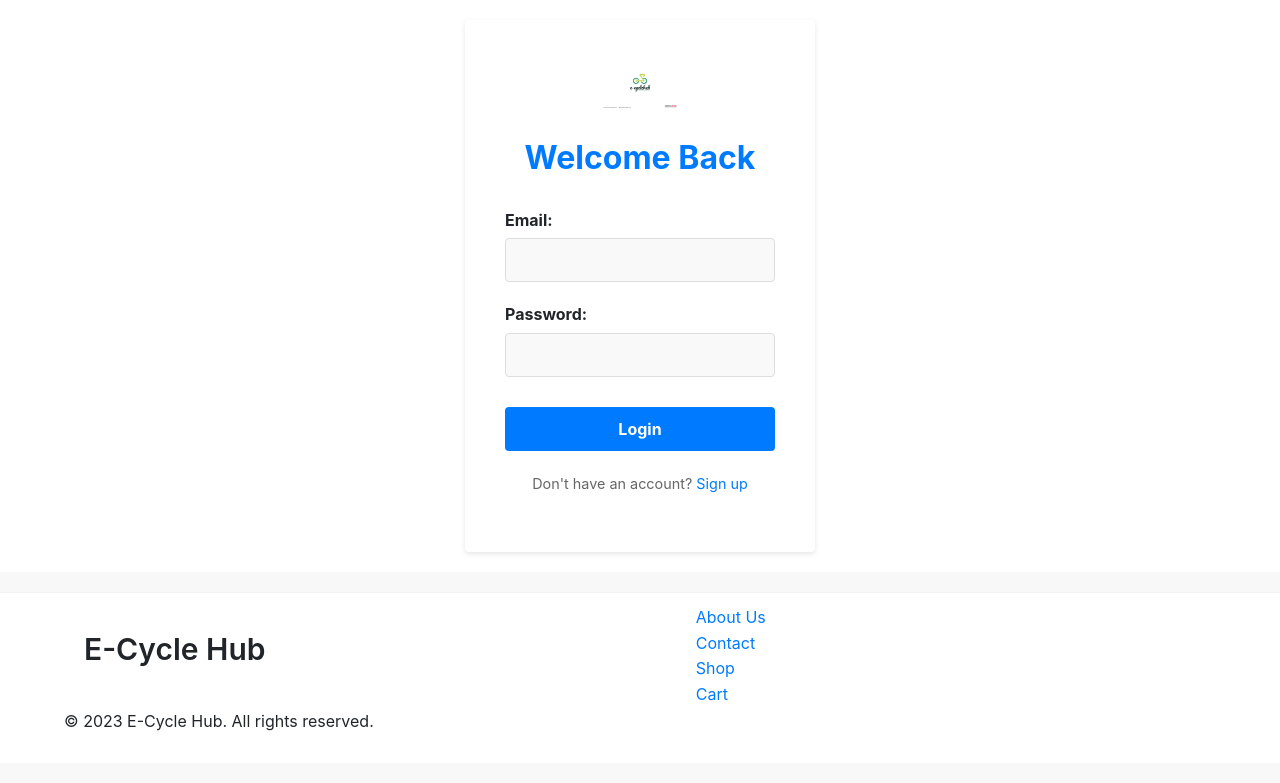
Repository: Rutuja-g/E-Cycle-Hub
Page: public/login.html
The author's editor kept a copy of each file at every save. The page is drawn from the files as they stood at one save, then again after the next save.
The browser window is 1280 px wide. The pictures show the whole page.

Above is the page before, as saved 2025-10-24 19:03:08.

### public/login.html
<!DOCTYPE html>
<html lang="en">
  <head>
    <meta charset="UTF-8" />
    <meta name="viewport" content="width=device-width, initial-scale=1.0" />
    <title>Login - E-Cycle Hub</title>
    <link rel="icon" href="favicon.ico" type="image/x-icon" />
    <link rel="stylesheet" href="css/reset.css" />
    <link rel="stylesheet" href="css/variables.css" />
    <link rel="stylesheet" href="css/main.css" />
    <link rel="stylesheet" href="css/auth.css" />
  </head>
  <body>
    <div id="header"></div>

    <main>
      <section class="login-form">
        <div class="logo-auth">
          <img src="assets/images/logo.jpg" alt="E-Cycle Hub Logo" />
        </div>
        <h2>Welcome Back</h2>
        <form id="loginForm">
          <div class="form-group">
            <label for="email">Email:</label>
            <input type="email" id="email" name="email" required />
            <span class="error" id="emailError"></span>
          </div>
          <div class="form-group">
            <label for="password">Password:</label>
            <input type="password" id="password" name="password" required />
            <span class="error" id="passwordError"></span>
          </div>
          <button type="submit" class="btn">Login</button>
        </form>
        <p>Don't have an account? <a href="signup.html">Sign up</a></p>
      </section>
    </main>

    <footer>
      <div class="footer">
        <div class="container">
          <div class="footer-content">
            <div class="footer-logo">
              <h2>E-Cycle Hub</h2>
            </div>
            <div class="footer-links">
              <ul>
                <li><a href="about.html">About Us</a></li>
                <li><a href="contact.html">Contact</a></li>
                <li><a href="shop.html">Shop</a></li>
                <li><a href="cart.html">Cart</a></li>
              </ul>
            </div>
            <div class="footer-social">
              <a href="#" aria-label="Facebook"
                ><i class="fab fa-facebook-f"></i
              ></a>
              <a href="#" aria-label="Twitter"
                ><i class="fab fa-twitter"></i
              ></a>
              <a href="#" aria-label="Instagram"
                ><i class="fab fa-instagram"></i
              ></a>
            </div>
          </div>
          <div class="footer-bottom">
            <p>&copy; 2023 E-Cycle Hub. All rights reserved.</p>
          </div>
        </div>
      </div>
    </footer>

    <script src="js/auth.js"></script>
  </body>
</html>

### public/css/reset.css
html
/* CSS Reset */
* {
    margin: 0;
    padding: 0;
    box-sizing: border-box;
}

html, body {
    height: 100%;
    font-family: Arial, sans-serif;
}

img {
    max-width: 100%;
    height: auto;
}

a {
    text-decoration: none;
    color: inherit;
}

ul {
    list-style: none;
}

button {
    cursor: pointer;
}

### public/css/variables.css
:root {
  /* Color Palette */
  --primary-color: #007bff; /* Electric Blue */
  --primary-hover: #0056b3; /* Darker Blue for hover */
  --secondary-color: #28a745; /* Success Green */
  --secondary-hover: #218838; /* Darker Green */
  --accent-color: #ffc107; /* Warning Yellow */
  --accent-hover: #e0a800; /* Darker Yellow */
  --danger-color: #dc3545; /* Danger Red */
  --danger-hover: #c82333; /* Darker Red */

  /* Neutral Colors */
  --background-color: #ffffff; /* Pure White */
  --surface-color: #f8f9fa; /* Light Gray Surface */
  --card-color: #ffffff; /* Card Background */
  --text-color: #212529; /* Dark Gray Text */
  --text-muted: #6c757d; /* Muted Text */
  --border-color: #dee2e6; /* Light Border */
  --border-light: #f1f3f4; /* Very Light Border */

  /* Typography */
  --font-family: "Poppins", -apple-system, BlinkMacSystemFont, "Segoe UI",
    Roboto, sans-serif;
  --font-size-xs: 0.75rem; /* 12px */
  --font-size-sm: 0.875rem; /* 14px */
  --font-size-base: 1rem; /* 16px */
  --font-size-lg: 1.125rem; /* 18px */
  --font-size-xl: 1.25rem; /* 20px */
  --font-size-2xl: 1.5rem; /* 24px */
  --font-size-3xl: 1.875rem; /* 30px */
  --font-size-4xl: 2.25rem; /* 36px */
  --font-size-5xl: 3rem; /* 48px */

  --font-weight-light: 300;
  --font-weight-normal: 400;
  --font-weight-medium: 500;
  --font-weight-semibold: 600;
  --font-weight-bold: 700;

  --line-height-tight: 1.25;
  --line-height-normal: 1.5;
  --line-height-relaxed: 1.75;

  /* Spacing Scale */
  --spacing-xs: 0.25rem; /* 4px */
  --spacing-sm: 0.5rem; /* 8px */
  --spacing-md: 0.75rem; /* 12px */
  --spacing-lg: 1rem; /* 16px */
  --spacing-xl: 1.25rem; /* 20px */
  --spacing-2xl: 1.5rem; /* 24px */
  --spacing-3xl: 2rem; /* 32px */
  --spacing-4xl: 2.5rem; /* 40px */
  --spacing-5xl: 3rem; /* 48px */
  --spacing-6xl: 4rem; /* 64px */

  /* Layout */
  --max-width-xs: 20rem; /* 320px */
  --max-width-sm: 24rem; /* 384px */
  --max-width-md: 28rem; /* 448px */
  --max-width-lg: 32rem; /* 512px */
  --max-width-xl: 36rem; /* 576px */
  --max-width-2xl: 42rem; /* 672px */
  --max-width-3xl: 48rem; /* 768px */
  --max-width-4xl: 56rem; /* 896px */
  --max-width-5xl: 64rem; /* 1024px */
  --max-width-6xl: 72rem; /* 1152px */
  --max-width-7xl: 80rem; /* 1280px */
  --max-width-full: 100%;

  /* Border Radius */
  --border-radius-none: 0;
  --border-radius-sm: 0.125rem; /* 2px */
  --border-radius: 0.25rem; /* 4px */
  --border-radius-md: 0.375rem; /* 6px */
  --border-radius-lg: 0.5rem; /* 8px */
  --border-radius-xl: 0.75rem; /* 12px */
  --border-radius-2xl: 1rem; /* 16px */
  --border-radius-3xl: 1.5rem; /* 24px */
  --border-radius-full: 9999px;

  /* Shadows */
  --shadow-sm: 0 1px 2px 0 rgba(0, 0, 0, 0.05);
  --shadow: 0 1px 3px 0 rgba(0, 0, 0, 0.1), 0 1px 2px 0 rgba(0, 0, 0, 0.06);
  --shadow-md: 0 4px 6px -1px rgba(0, 0, 0, 0.1),
    0 2px 4px -1px rgba(0, 0, 0, 0.06);
  --shadow-lg: 0 10px 15px -3px rgba(0, 0, 0, 0.1),
    0 4px 6px -2px rgba(0, 0, 0, 0.05);
  --shadow-xl: 0 20px 25px -5px rgba(0, 0, 0, 0.1),
    0 10px 10px -5px rgba(0, 0, 0, 0.04);
  --shadow-2xl: 0 25px 50px -12px rgba(0, 0, 0, 0.25);

  /* Transitions */
  --transition-fast: 150ms ease-in-out;
  --transition-normal: 250ms ease-in-out;
  --transition-slow: 350ms ease-in-out;

  /* Z-Index Scale */
  --z-dropdown: 1000;
  --z-sticky: 1020;
  --z-fixed: 1030;
  --z-modal-backdrop: 1040;
  --z-modal: 1050;
  --z-popover: 1060;
  --z-tooltip: 1070;
}

### public/css/auth.css
/* Auth styles for login and signup pages */

body {
  margin: 0;
  font-family: var(--font-family, Arial, sans-serif);
  line-height: 1.6;
  color: var(--text-color, #333);
  background: var(--background-color, #f5f5f5);
  min-height: 100vh;
  display: flex;
  flex-direction: column;
}

header,
footer {
  background: var(--header-footer-bg, #f8f8f8);
  padding: 20px 0;
}

main {
  flex: 1;
  display: flex;
  align-items: center;
  justify-content: center;
  padding: 20px;
}

.login-form,
.signup-form {
  background: white;
  padding: 40px;
  border-radius: var(--border-radius, 5px);
  box-shadow: var(--box-shadow, 0 2px 5px rgba(0, 0, 0, 0.1));
  width: 100%;
  max-width: 350px;
  text-align: center;
}

.login-form h2,
.signup-form h2 {
  font-size: 2em;
  margin-bottom: 30px;
  color: var(--primary-color, #4caf50);
  font-weight: bold;
}

.form-group {
  margin-bottom: 20px;
  text-align: left;
}

.form-group label {
  display: block;
  margin-bottom: 5px;
  font-weight: bold;
  color: var(--text-color, #333);
}

.form-group input {
  width: 100%;
  padding: 12px;
  border: 1px solid #ddd;
  border-radius: var(--border-radius, 5px);
  background: #f9f9f9;
  font-size: 1em;
  transition: all 0.3s ease;
  box-sizing: border-box;
}

.form-group input:focus {
  outline: none;
  background: #fff;
  border-color: var(--primary-color, #4caf50);
  box-shadow: 0 0 0 3px rgba(76, 175, 80, 0.3);
}

.btn {
  width: 100%;
  padding: 12px;
  background: var(--primary-color, #4caf50);
  color: white;
  border: none;
  border-radius: var(--border-radius, 5px);
  font-size: 1em;
  font-weight: bold;
  cursor: pointer;
  transition: background 0.3s ease, transform 0.2s ease;
  margin-top: 10px;
}

.btn:hover {
  background: #388e3c;
  transform: translateY(-2px);
}

.login-form p,
.signup-form p {
  margin-top: 20px;
  font-size: 0.9em;
  color: #666;
}

.login-form a,
.signup-form a {
  color: var(--primary-color, #4caf50);
  text-decoration: none;
  transition: color 0.3s ease;
}

.login-form a:hover,
.signup-form a:hover {
  color: #388e3c;
  text-decoration: underline;
}

.error {
  color: var(--secondary-color, #ff5722);
  font-size: 0.8em;
  margin-top: 5px;
  display: block;
  opacity: 0;
  transition: opacity 0.3s ease;
}

.error.show {
  opacity: 1;
}

.success {
  color: var(--primary-color, #4caf50);
  font-size: 0.9em;
  margin-top: 10px;
  opacity: 0;
  transition: opacity 0.3s ease;
}

.success.show {
  opacity: 1;
}

.logo-auth {
  margin-bottom: 20px;
}

.logo-auth img {
  height: 50px;
}

/* Responsive styles */
@media (max-width: 768px) {
  main {
    padding: 10px;
  }

  .login-form,
  .signup-form {
    padding: 30px 20px;
    max-width: 100%;
    margin: 20px auto;
  }

  .login-form h2,
  .signup-form h2 {
    font-size: 1.8em;
  }

  .form-group input {
    padding: 10px;
    font-size: 0.9em;
  }

  .btn {
    padding: 10px;
    font-size: 0.9em;
  }
}

@media (max-width: 480px) {
  header nav .nav-links {
    display: none;
  }

  main {
    padding: 5px;
  }

  .login-form,
  .signup-form {
    padding: 20px 15px;
    margin: 10px;
    border-radius: 8px;
  }

  .login-form h2,
  .signup-form h2 {
    font-size: 1.5em;
    margin-bottom: 20px;
  }

  .form-group {
    margin-bottom: 15px;
  }

  .form-group input {
    padding: 8px;
    font-size: 0.85em;
  }

  .btn {
    padding: 8px;
    font-size: 0.85em;
  }

  .logo-auth img {
    height: 40px;
  }
}

### public/components/header.html
<nav class="navbar">
  <div class="nav-container">
    <div class="logo">
      <a href="index.html">
        <img src="assets/images/logo.jpg" alt="E-Cycle Hub Logo" />
        <span>E-Cycle Hub</span>
      </a>
    </div>
    <div class="nav-toggle" id="navToggle">
      <span></span>
      <span></span>
      <span></span>
    </div>
    <ul class="nav-links" id="navLinks">
      <li><a href="index.html" class="nav-link">Home</a></li>
      <li><a href="shop.html" class="nav-link">Shop</a></li>
      <li><a href="cart.html" class="nav-link">Cart</a></li>
      <li id="user-info" style="display: none">
        <span id="user-name"></span>
        <a href="#" id="logout" class="nav-link">Logout</a>
      </li>
      <li id="auth-links">
        <a href="login.html" class="nav-link">Login</a>
        <span>/</span>
        <a href="signup.html" class="nav-link">Sign Up</a>
      </li>
    </ul>
  </div>
</nav>

Loaded but not shown: public/js/auth.js (290 lines, source omitted); public/js/components.js (32 lines, source omitted); public/css/main.css (2406 lines, source omitted)

After the next save:
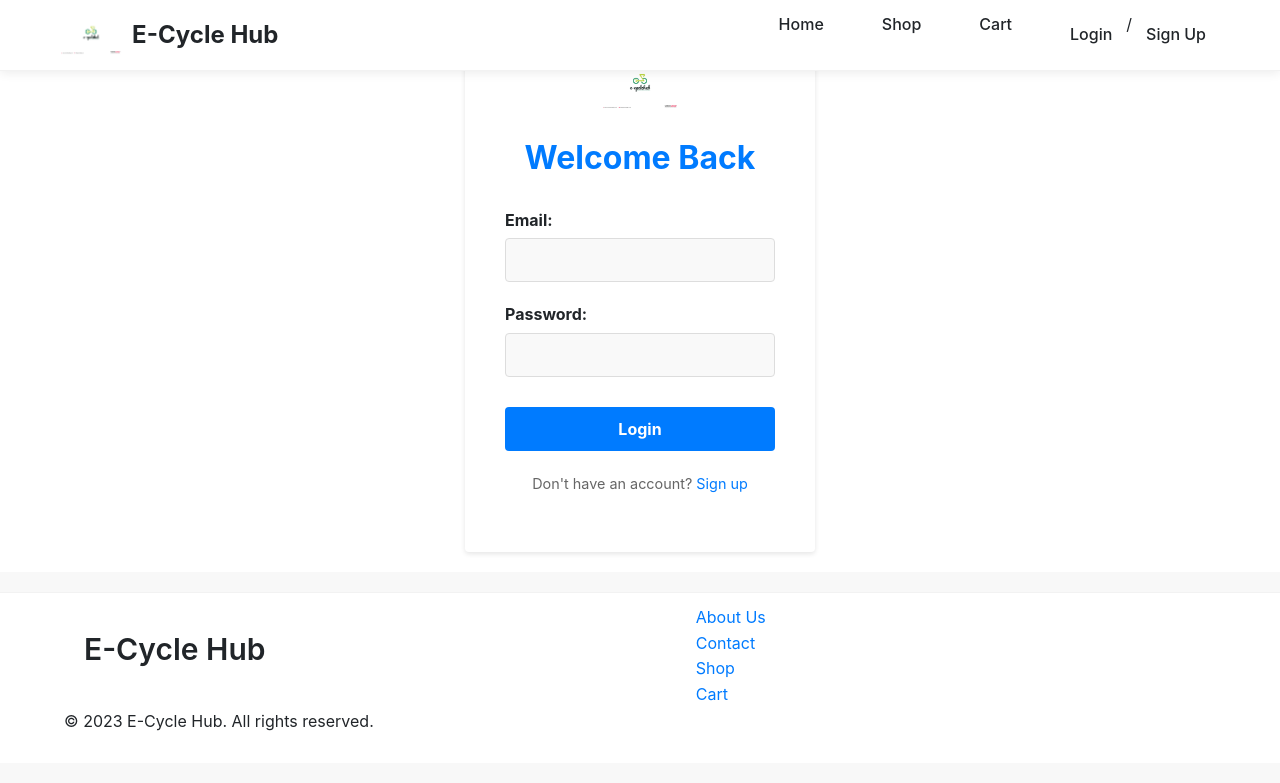
Saved 12 s later.
--- a/public/login.html
+++ b/public/login.html
@@ -70,6 +70,7 @@
       </div>
     </footer>
 
+    <script src="js/components.js"></script>
     <script src="js/auth.js"></script>
   </body>
 </html>
